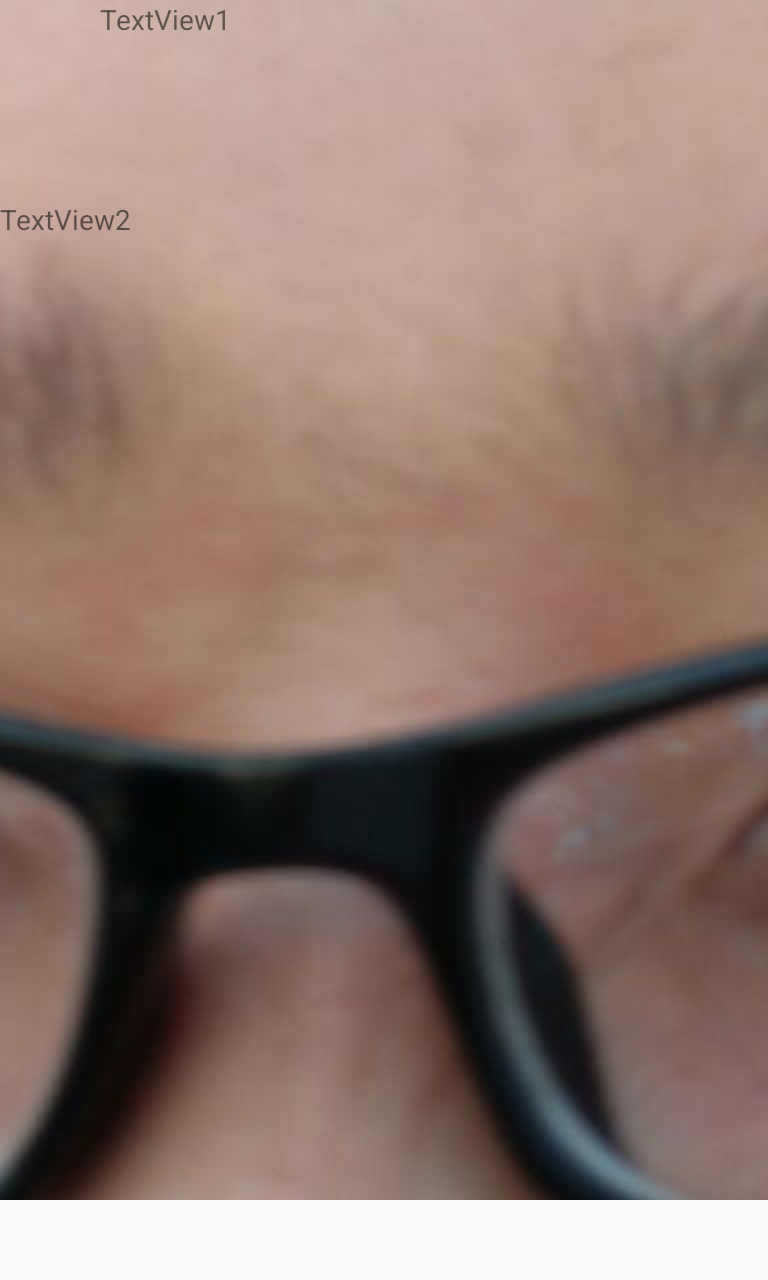
Repository: mjchow/qiuyi
Layout: demo1/res/layout/activity_main.xml
The author's editor kept a copy of each file at every save. The layout is drawn from the files as they stood at one save, then again after the next save.
It is drawn on a 768 x 1280 px phone screen (xhdpi) without system bars, with theme AppTheme; the app's code is not run.

Above is the layout before, as saved 2014-12-25 15:27:47.

### demo1/res/layout/activity_main.xml
<FrameLayout xmlns:android="http://schemas.android.com/apk/res/android"
    xmlns:tools="http://schemas.android.com/tools"
    android:id="@+id/container"
    android:layout_width="match_parent"
    android:layout_height="match_parent"
    tools:context="com.example.demo1.MainActivity"
    tools:ignore="MergeRootFrame" >

    <ImageView
         android:id="@+id/imageview1"
         android:layout_width="400dp"
         android:layout_height="600dp"
         android:background="#F00"
         android:scaleType="center"
         android:src="@drawable/ydt1" />
    <TextView
        android:id="@+id/textView1"
        android:layout_width="wrap_content"
        android:layout_height="wrap_content"
        android:layout_marginLeft = "50dp"
        android:text="TextView1" />

    <TextView
        android:id="@+id/textView2"
        android:layout_marginTop="100dp"
        android:layout_width="wrap_content"
        android:layout_height="wrap_content"
        android:text="TextView2" />

</FrameLayout>

Loaded but not shown: demo1/res/values/styles.xml (common file); demo1/res/values-v11/styles.xml (common file); demo1/res/values-v14/styles.xml (common file)

After the next save:
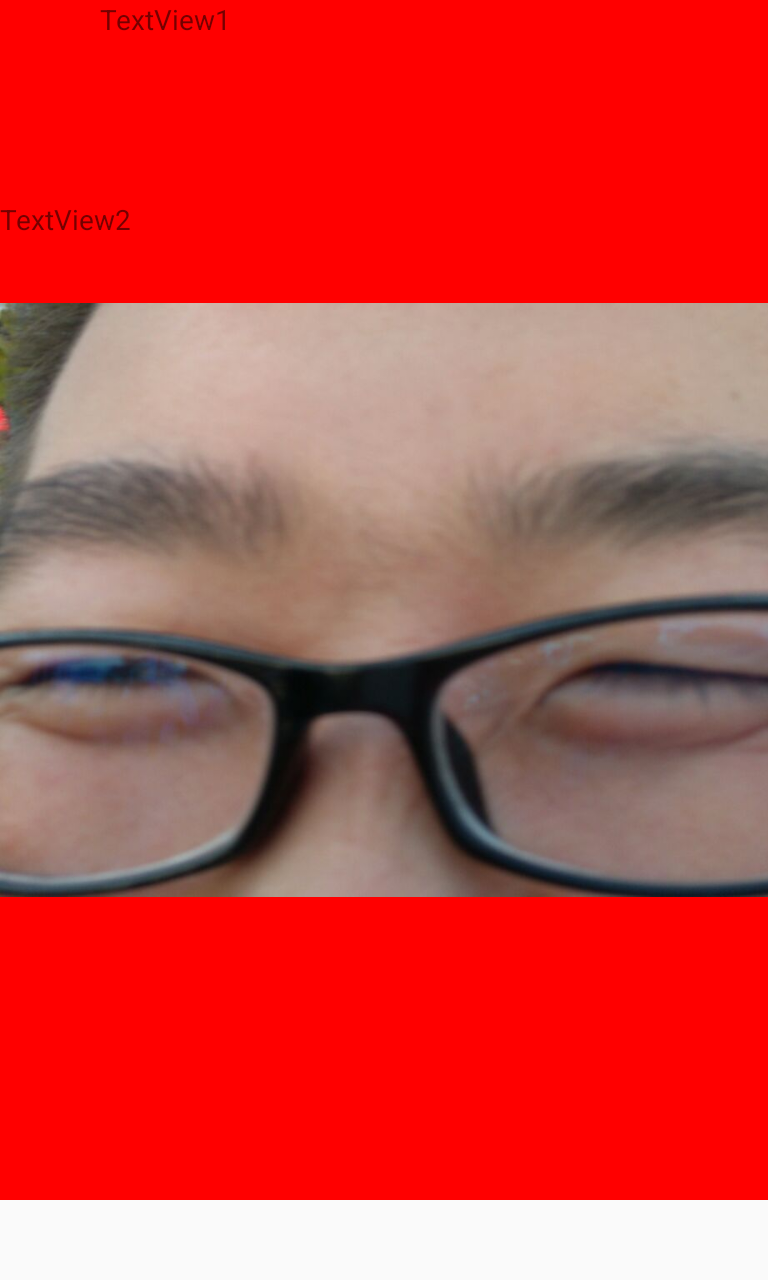
Saved 74 s later.
--- a/demo1/res/layout/activity_main.xml
+++ b/demo1/res/layout/activity_main.xml
@@ -11,7 +11,7 @@
          android:layout_width="400dp"
          android:layout_height="600dp"
          android:background="#F00"
-         android:scaleType="center"
+         android:scaleType="fitcenter"
          android:src="@drawable/ydt1" />
     <TextView
         android:id="@+id/textView1"
